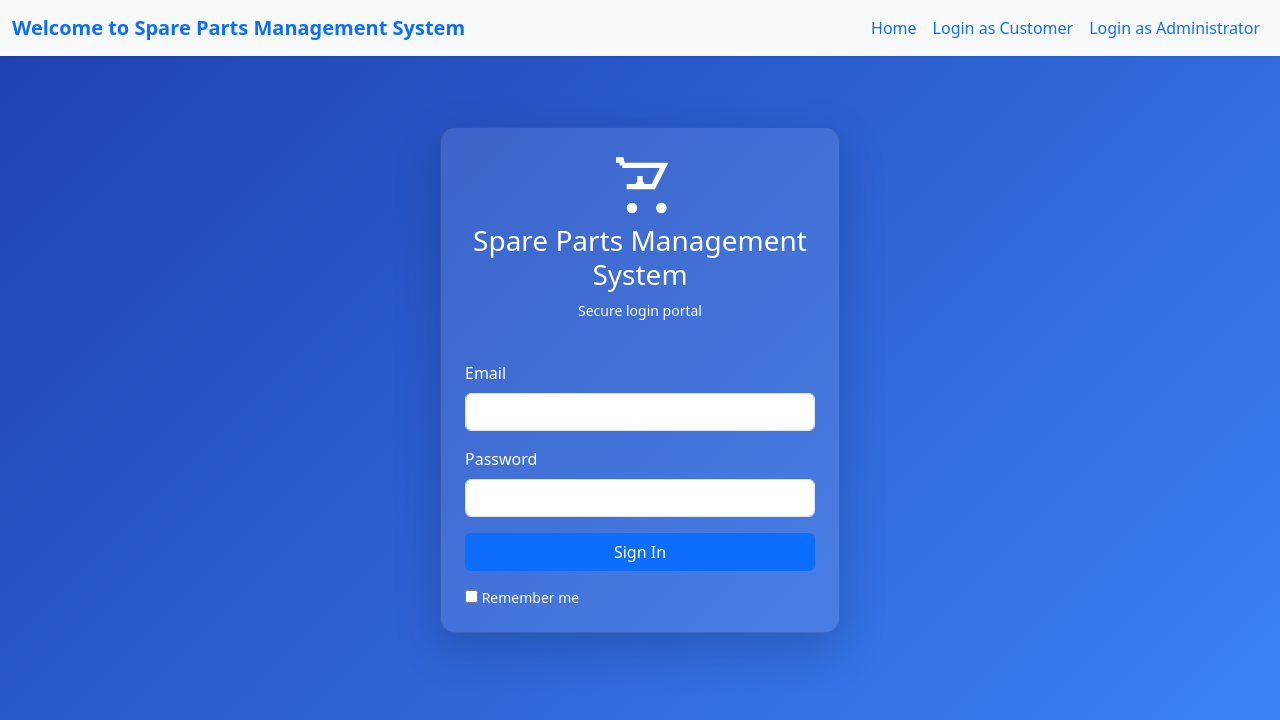
Repository: LakviduUpasara/onlineSparePartsManagementSystem
Page: http://localhost/Spare_parts_Management_Systems/Login.jsp
These files come from the project's save history. The page is drawn as it stood at one moment and after the next save; the edit follows.
The browser window is 1280 px wide. The pictures show the whole page.
The page is served by Tomcat 9.

Above is the page before, as saved 2025-05-14 22:46:03.

After the next save:
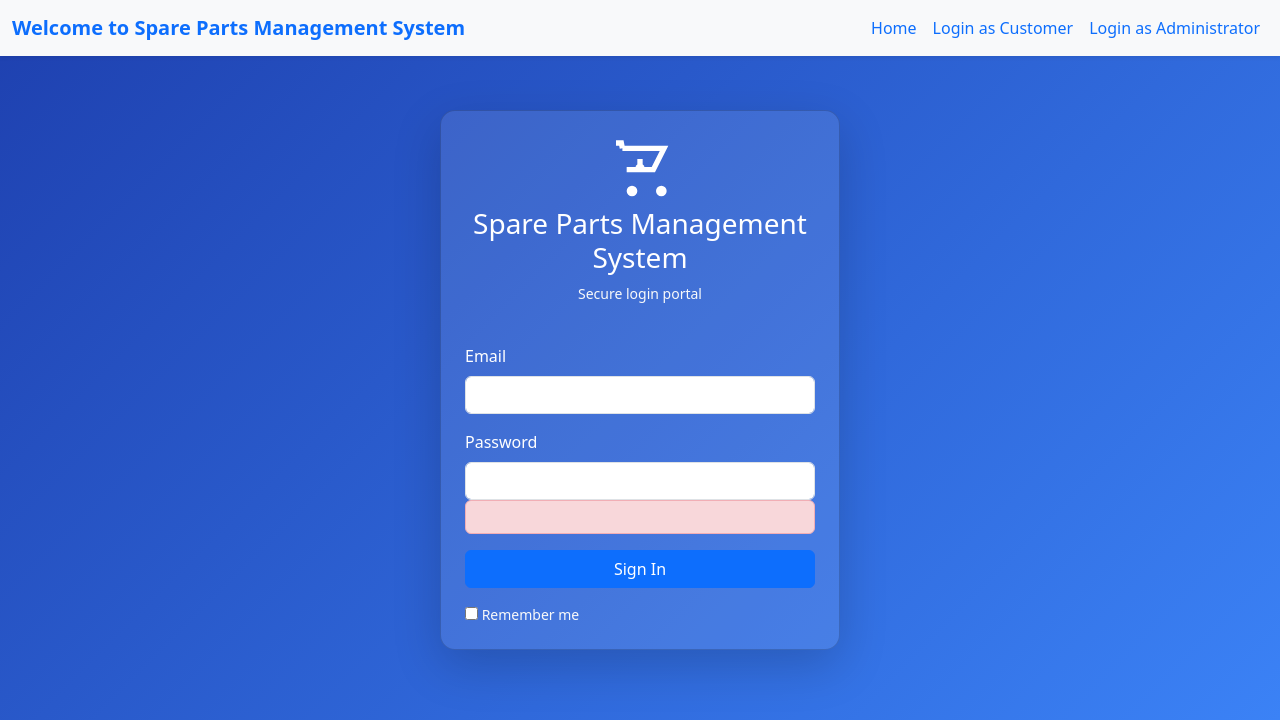
Saved 2 min 21 s later.
--- a/Project/Project/Spare_parts_Management_Systems/src/main/webapp/Login.jsp
+++ b/Project/Project/Spare_parts_Management_Systems/src/main/webapp/Login.jsp
@@ -102,9 +102,15 @@
         <label for="password" class="form-label text-white">Password</label>
         <input type="password" id="password" name="password"
                class="form-control input-glow" required>
-        <% if (!errorMessage.isEmpty()) { %>
+
+
+         <div class="alert alert-danger" role="alert">
+ 			<% if (!errorMessage.isEmpty()) { %>
           <div class="text-danger mt-1 small"><%= errorMessage %></div>
         <% } %>
+		</div >
+
+
       </div>
 
       <div class="d-grid">

After the save that followed:
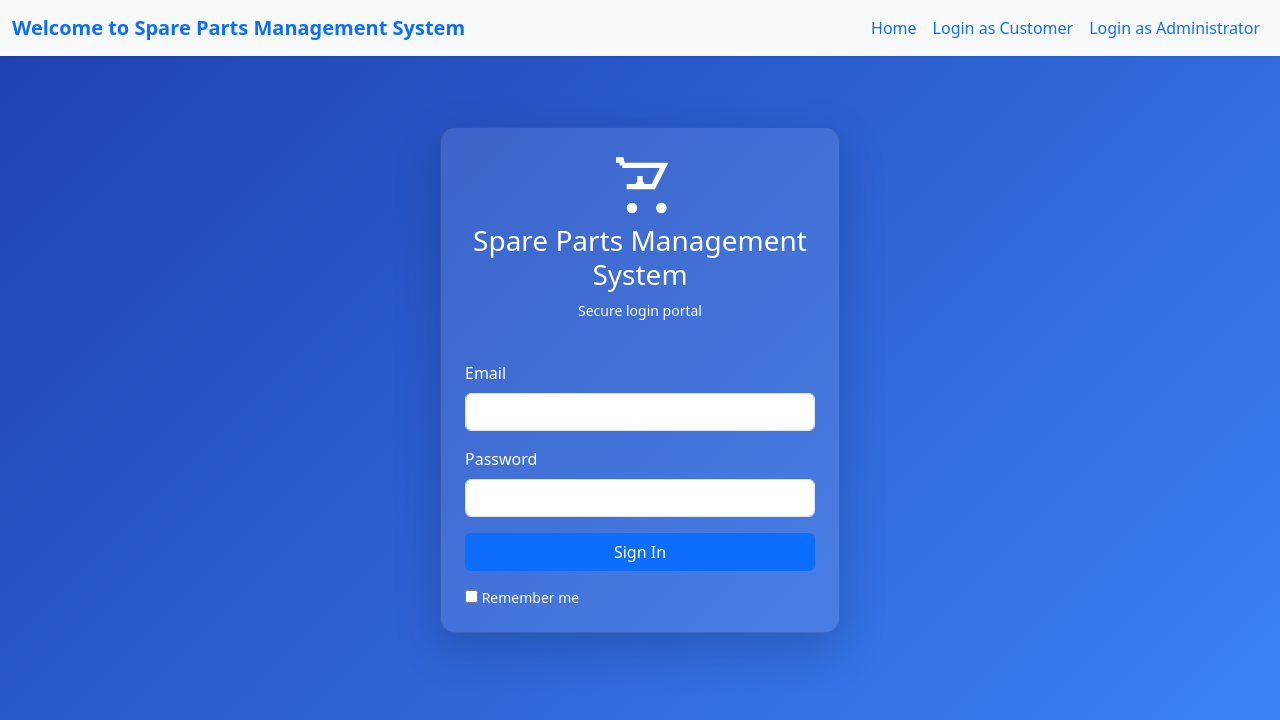
Saved 2 min 8 s later.
--- a/Project/Project/Spare_parts_Management_Systems/src/main/webapp/Login.jsp
+++ b/Project/Project/Spare_parts_Management_Systems/src/main/webapp/Login.jsp
@@ -46,6 +46,19 @@
     .is-invalid {
       border-color: #dc3545 !important;
     }
+    .error-alert {
+      background-color: rgba(220, 53, 69, 0.9);
+      border: none;
+      border-radius: 8px;
+      color: white;
+      font-weight: 500;
+      animation: fadeIn 0.3s ease-in;
+      margin-bottom: 1.5rem;
+    }
+    @keyframes fadeIn {
+      from { opacity: 0; transform: translateY(-10px); }
+      to { opacity: 1; transform: translateY(0); }
+    }
   </style>
 </head>
 <body>
@@ -90,6 +103,13 @@
       <p class="text-light small">Secure login portal</p>
     </div>
 
+    <% if (!errorMessage.isEmpty()) { %>
+      <div class="alert alert-danger alert-dismissible error-alert" role="alert" aria-live="assertive">
+        <div><%= errorMessage %></div>
+        <button type="button" class="btn-close" data-bs-dismiss="alert" aria-label="Close"></button>
+      </div>
+    <% } %>
+
     <form action="LoginServlet" method="post" onsubmit="return validateForm();">
       <div class="mb-3">
         <label for="email" class="form-label text-white">Email</label>
@@ -102,15 +122,6 @@
         <label for="password" class="form-label text-white">Password</label>
         <input type="password" id="password" name="password"
                class="form-control input-glow" required>
-
-
-         <div class="alert alert-danger" role="alert">
- 			<% if (!errorMessage.isEmpty()) { %>
-          <div class="text-danger mt-1 small"><%= errorMessage %></div>
-        <% } %>
-		</div >
-
-
       </div>
 
       <div class="d-grid">
@@ -122,7 +133,6 @@
           <input type="checkbox" id="remember" name="remember" <%= rememberChecked ? "checked" : "" %>>
           <label for="remember">Remember me</label>
         </div>
-
       </div>
     </form>
   </div>
